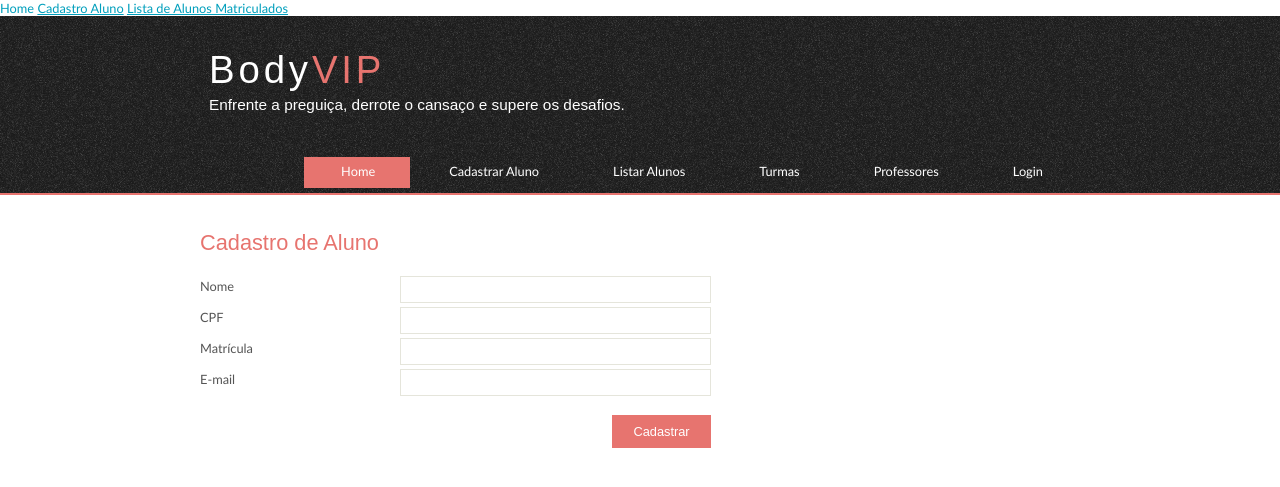
Repository: Thais-Ferreira/Projeto_bodyVIP
Page: http://localhost/BodyVIP/AlunoController?acao=cadastro
An editor plug-in stored every save of this project. The page is shown before and after the next save, followed by the edit.
The browser window is 1280 px wide. The pictures show the whole page.
The page is served by Tomcat 9.

Above is the page before, as saved 2017-06-19 00:19:06.

After the next save:
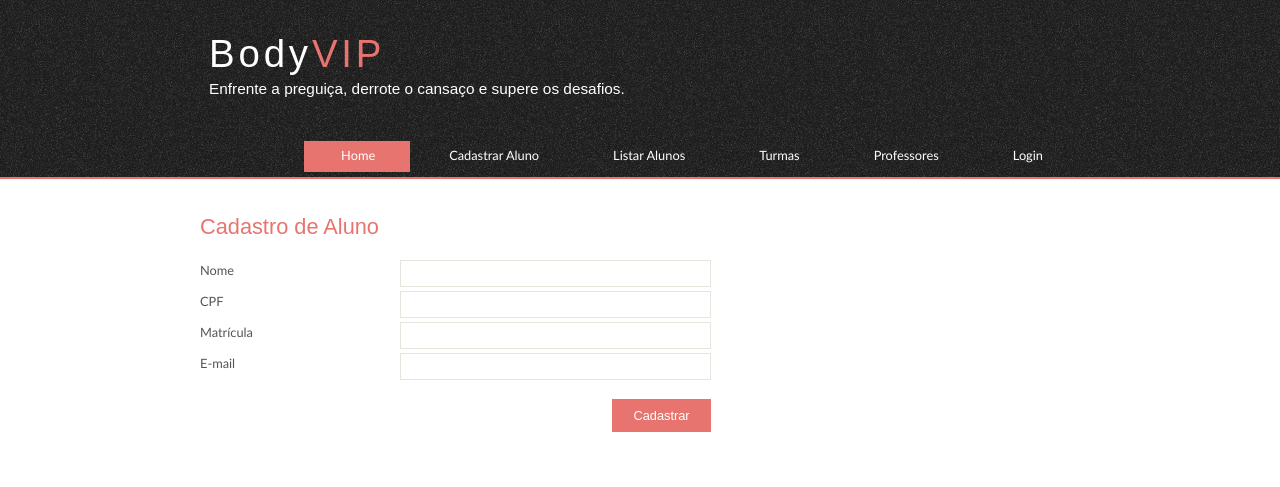
Saved 32 s later.
--- a/BodyVIP/WebContent/cadastro.jsp
+++ b/BodyVIP/WebContent/cadastro.jsp
@@ -8,7 +8,6 @@
 	<title>Cadastro</title>
 </head>
 <body>
-	<jsp:include page="cabecalho.jsp"></jsp:include>
 	<div id="main">
     <div id="header">
       <div id="logo">
